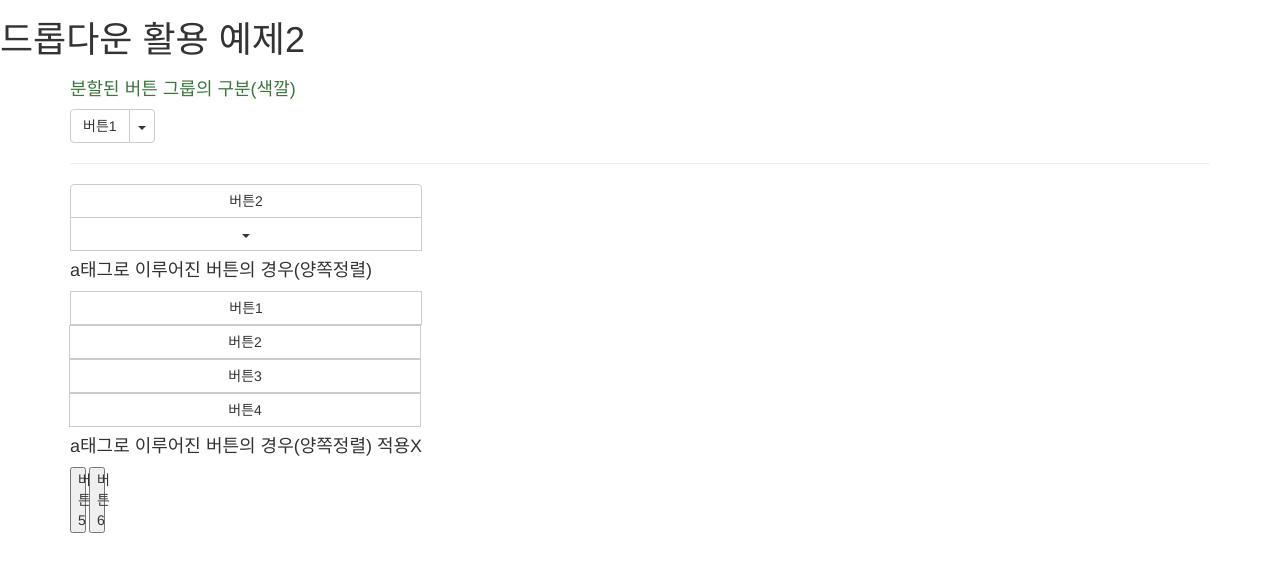
Repository: RYE415/4.jsp
Page: BootstrapTest/src/main/webapp/7.component/5.buttondropdown.html
The author's editor kept a copy of each file at every save. The page is drawn from the files as they stood at one save, then again after the next save.
The browser window is 1280 px wide. The pictures show the whole page.
Some web libraries are served in a nearby version.

Above is the page before, as saved 2022-08-10 01:28:28.

### BootstrapTest/src/main/webapp/7.component/5.buttondropdown.html
<!DOCTYPE html>
<html lang="ko">
  <head>
    <meta charset="utf-8">
    <meta http-equiv="X-UA-Compatible" content="IE=edge">
    <meta name="viewport" content="width=device-width, initial-scale=1">
    <!-- 위 3개의 메타 태그는 *반드시* head 태그의 처음에 와야합니다; 어떤 다른 콘텐츠들은 반드시 이 태그들 *다음에* 와야 합니다 -->
    <title>예제</title>

    <!-- 부트스트랩 -->
    <link href="../css/bootstrap.min.css" rel="stylesheet">

    <!-- IE8 에서 HTML5 요소와 미디어 쿼리를 위한 HTML5 shim 와 Respond.js -->
    <!-- WARNING: Respond.js 는 당신이 file:// 을 통해 페이지를 볼 때는 동작하지 않습니다. -->
    <!--[if lt IE 9]>
      <script src="https://oss.maxcdn.com/html5shiv/3.7.2/html5shiv.min.js"></script>
      <script src="https://oss.maxcdn.com/respond/1.4.2/respond.min.js"></script>
    <![endif]-->
  </head>
  <body>
    <h1>드롭다운 활용 예제2</h1>

    <div class="container">
    <!--
		1.다른 버튼과 캐럿을 결합시키는 방법
		안쪽의 기존 버튼 그룹을 제거->서브메뉴의 나오는 위치가 왼쪽메뉴에 치우쳐서 출력
		캐럿이 적용된 버튼의 이름을 제거->왼쪽 버튼과 캐럿이 결합
     -->

     	<h4 class="text-success">분할된 버튼 그룹의 구분(색깔)</h4>
     	<div class="btn-group">
	     	<button type="button" class="btn btn-default">버튼1</button>
	     	<!---->
	     	<button type="button" data-toggle="dropdown" class="btn btn-default dropdown-toggle">
	     	<span class="caret"></span></button>
		    <ul class="dropdown-menu" role="menu">
	     		<li><a tabindex="-1" href="#">공지사항</a></li>
	     		<li><a tabindex="-1" href="#">자유게시판</a></li>
	     		<li><a tabindex="-1" href="#">자료실</a></li>
	     	</ul>
     	</div>
     	<p>
     	<hr>
     	<!--
     		2.버튼의 색깔을 부여(btn- 접두어를 이용)
     	 -->
   	<div class="btn-group-vertical">

	     	<button type="button" class="btn btn-default">버튼2</button>
	     	<!---->
	     	<div class="btn-group">
	     	<button type="button" data-toggle="dropdown" class="btn btn-default dropdown-toggle">
	     	<span class="caret"></span></button>
		    <ul class="dropdown-menu" role="menu">
	     		<li><a tabindex="-1" href="#">공지사항</a></li>
	     		<li><a tabindex="-1" href="#">자유게시판</a></li>
	     		<li><a tabindex="-1" href="#">자료실</a></li>
	     	</ul>
     	</div>
     	<!--
     		btn-group-justified
     		양쪽정렬(a 태그로 버튼을 만든 경우 사용이 가능(% 비례)
     			예외사항(button,input X)
     	 -->
     	 <h4>a태그로 이루어진 버튼의 경우(양쪽정렬)</h4>
     	 	<div class="btn-group btn-group-justified">
     	 		<a href="#" class="btn btn-default">버튼1</a>
     	 		<a href="#" class="btn btn-default">버튼2</a>
     	 		<a href="#" class="btn btn-default">버튼3</a>
     	 		<a href="#" class="btn btn-default">버튼4</a>
     	 	</div>

     	<h4>a태그로 이루어진 버튼의 경우(양쪽정렬) 적용X</h4>
     	 	<div class="btn-group btn-group-justified">
     			<button type="button" class="btn-group btn-group-default">버튼5</button>
     			<button type="button" class="btn-group btn-group-default">버튼6</button>
     		</div>

     </div>




    <!-- jQuery (부트스트랩의 자바스크립트 플러그인을 위해 필요합니다) -->
    <script src="https://ajax.googleapis.com/ajax/libs/jquery/1.11.2/jquery.min.js"></script>
    <!-- 모든 컴파일된 플러그인을 포함합니다 (아래), 원하지 않는다면 필요한 각각의 파일을 포함하세요 -->
    <script src="../js/bootstrap.min.js"></script>
  </body>
</html>

Loaded but not shown: BootstrapTest/src/main/webapp/css/bootstrap.min.css (library); BootstrapTest/src/main/webapp/js/bootstrap.min.js (library)

After the next save:
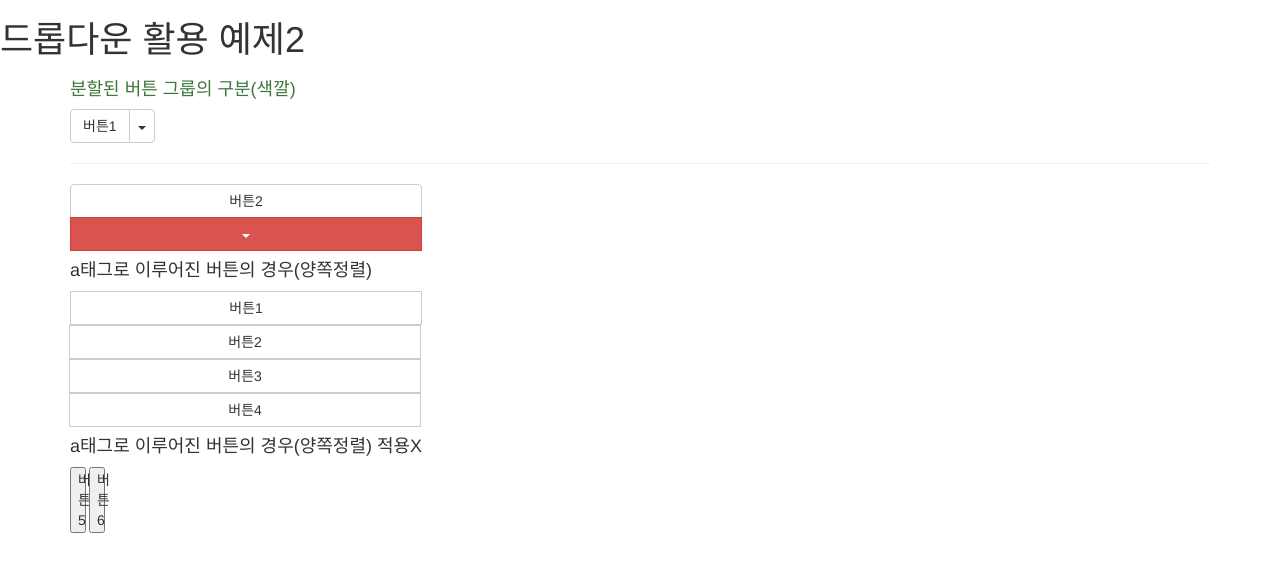
Saved 107 s later.
--- a/BootstrapTest/src/main/webapp/7.component/5.buttondropdown.html
+++ b/BootstrapTest/src/main/webapp/7.component/5.buttondropdown.html
@@ -49,7 +49,7 @@
 	     	<button type="button" class="btn btn-default">버튼2</button>
 	     	<!---->
 	     	<div class="btn-group">
-	     	<button type="button" data-toggle="dropdown" class="btn btn-default dropdown-toggle">
+	     	<button type="button" data-toggle="dropdown" class="btn btn-default dropdown-toggle btn-danger">
 	     	<span class="caret"></span></button>
 		    <ul class="dropdown-menu" role="menu">
 	     		<li><a tabindex="-1" href="#">공지사항</a></li>
